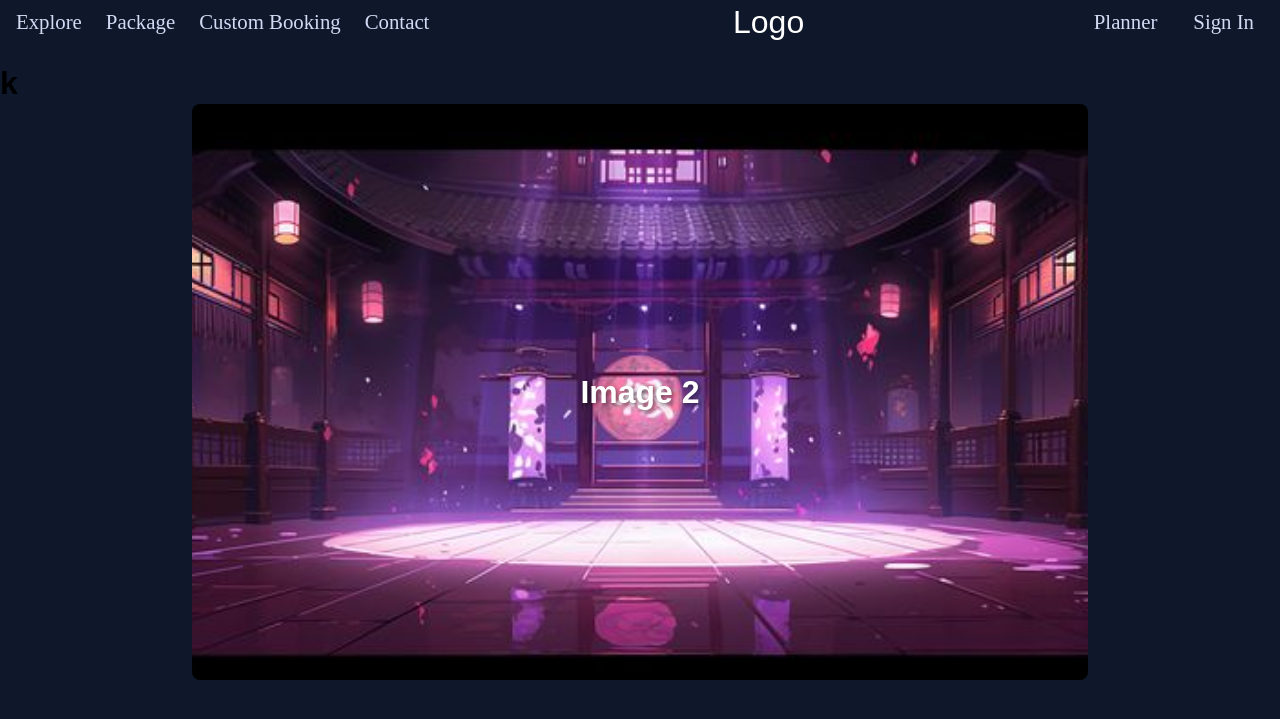
Repository: Demonster-01/Event-Management
Page: / (app in EventOrg/)
These files come from the project's save history. The page is drawn as it stood at one moment and after the next save; the edit follows.
The browser window is 1280 px wide. The pictures show the whole page.
Some web fonts or font styles are not loaded; a fallback is used. The project was rebuilt for these pictures with package versions that can differ from the ones it lists, and the page was loaded fresh each time. Also part of the build but not shown: EventOrg/vite.config.js, EventOrg/src/components/Slideshow.jsx.

Above is the page before, as saved 2024-11-08 17:16:18.

After the next save:
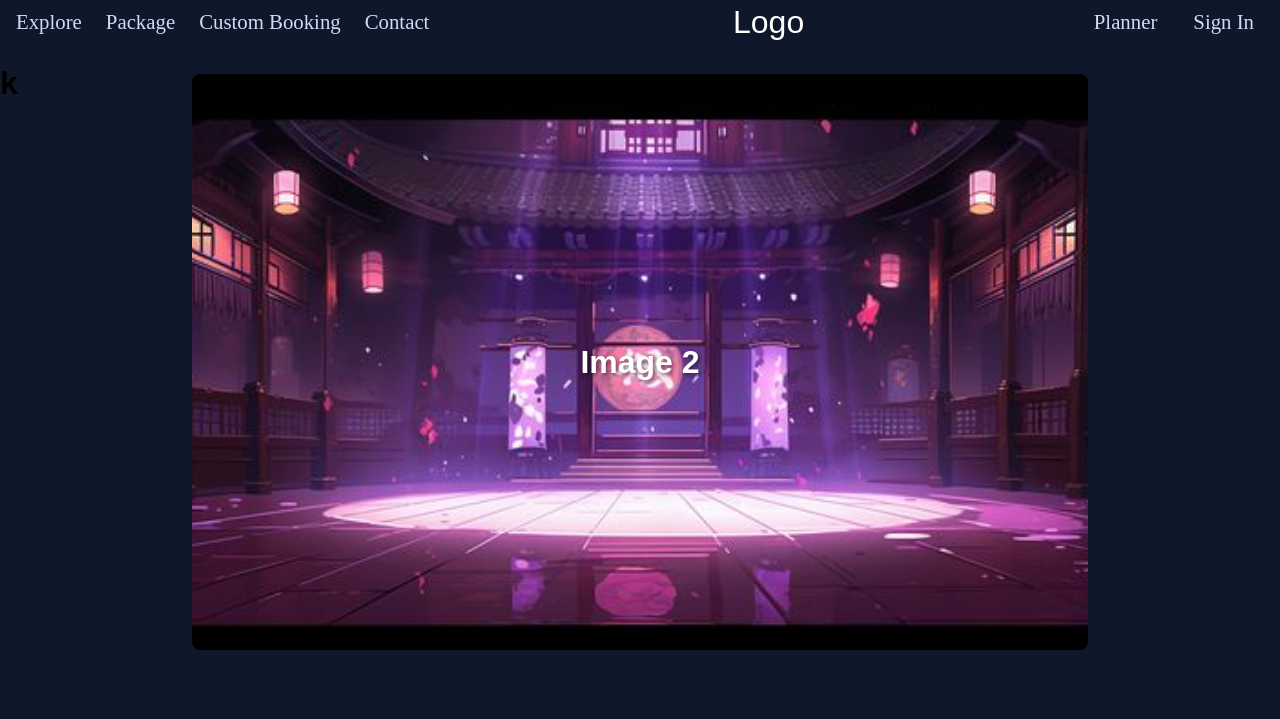
Saved 13 s later.
--- a/EventOrg/src/module_css/Slider.module.css
+++ b/EventOrg/src/module_css/Slider.module.css
@@ -1,6 +1,6 @@
 /* Container for the slider */
 .slider_container {
-  margin: 60px 0;
+  margin: 30px 0;
   display: flex;
   justify-content: center;
   align-items: center;
